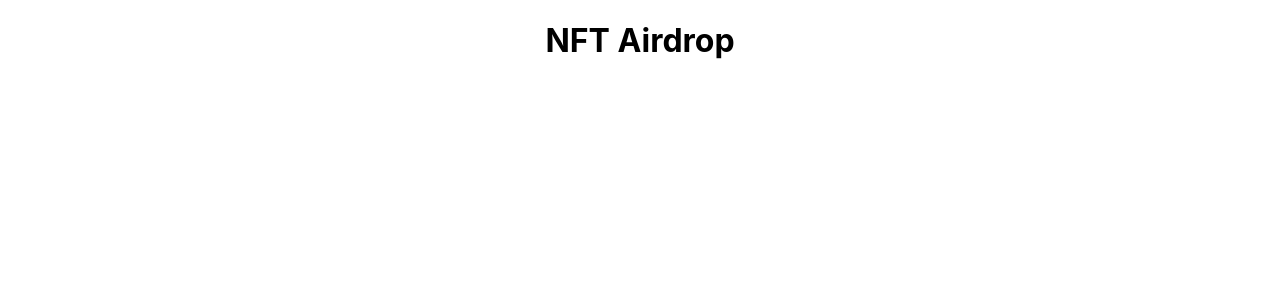
Repository: langf00rd/nft-airdropper
Page: /
An editor plug-in stored every save of this project. The page is shown before and after the next save, followed by the edit.
The browser window is 1280 px wide. The pictures show the whole page.
The project was rebuilt for these pictures with package versions that can differ from the ones it lists, and the page was loaded fresh each time.

Above is the page before, as saved 2022-07-15 17:10:32.

### src/App.js
import logo from './logo.svg';
import './App.css';

function App() {
  return (
    <div className="App">
      <div>
        <h1>NFT Airdrop</h1>
      </div>
    </div >
  );
}

export default App;

Loaded but not shown: public/index.html (common file); src/index.js (common file); src/index.css (common file); src/reportWebVitals.js (common file); src/App.css (common file)

After the next save:
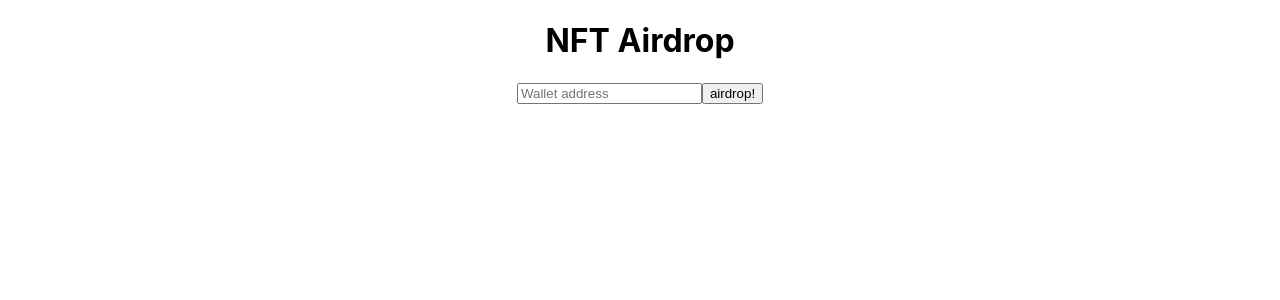
Saved 42 s later.
--- a/src/App.js
+++ b/src/App.js
@@ -6,6 +6,11 @@ function App() {
     <div className="App">
       <div>
         <h1>NFT Airdrop</h1>
+        <main>
+          <div>
+            <input placeholder='Wallet address' /><button>airdrop!</button>
+          </div>
+        </main>
       </div>
     </div >
   );
